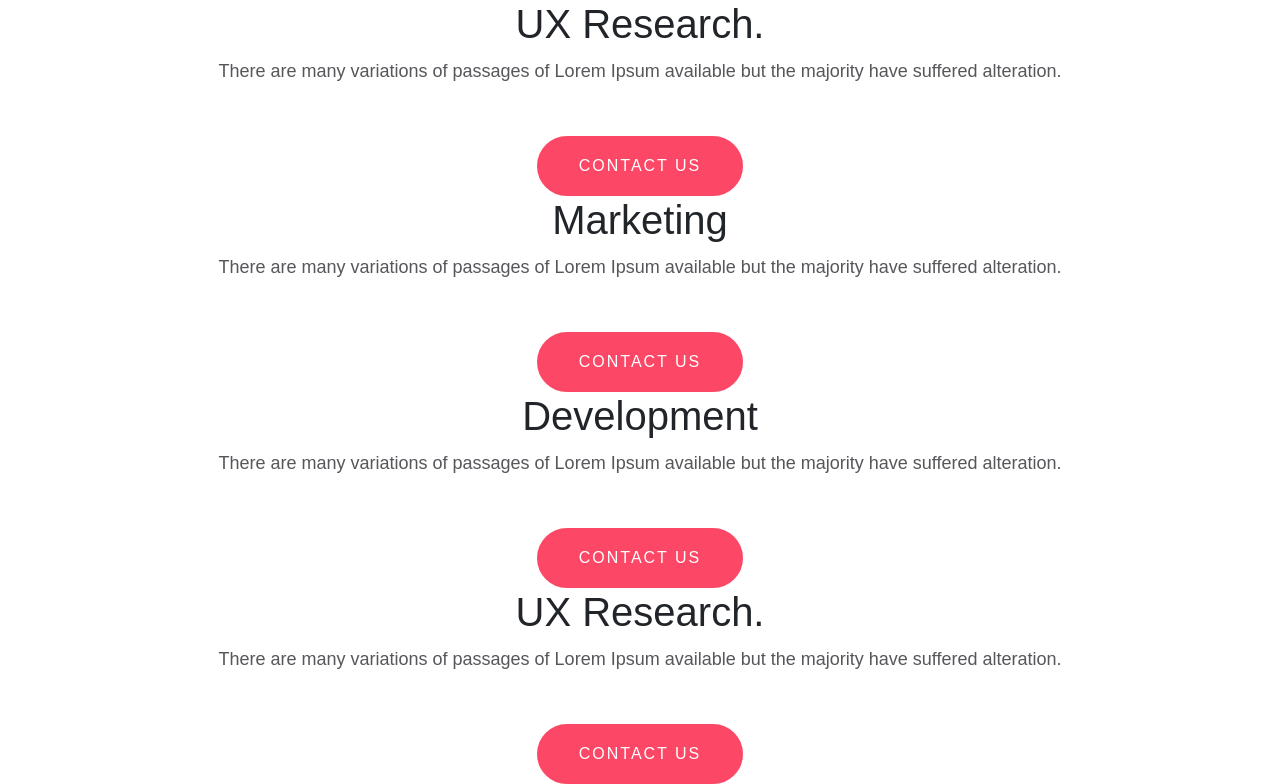
Repository: minhtrivu6199/imroz
Page: text.html
An editor plug-in stored every save of this project. The page is shown before and after the next save, followed by the edit.
The browser window is 1280 px wide. The pictures show the whole page.

Above is the page before, as saved 2022-09-19 18:32:05.
Console error: SyntaxError: Function statements require a function name

### text.html
<!doctype html>
<html lang="en">

<head>
  <title>Title</title>
  <!-- Required meta tags -->
  <meta charset="utf-8">
  <meta name="viewport" content="width=device-width, initial-scale=1, shrink-to-fit=no">

  <!-- Bootstrap CSS v5.2.0-beta1 -->
  <link rel="stylesheet" href="https://cdn.jsdelivr.net/npm/bootstrap@5.2.0/dist/css/bootstrap.min.css"
    integrity="sha384-gH2yIJqKdNHPEq0n4Mqa/HGKIhSkIHeL5AyhkYV8i59U5AR6csBvApHHNl/vI1Bx" crossorigin="anonymous">

    <!-- Slick Carousel -->
    <link
      rel="stylesheet"
      type="text/css"
      href="//cdn.jsdelivr.net/npm/slick-carousel@1.8.1/slick/slick.css"
    />

    <link
      rel="stylesheet"
      type="text/css"
      href="//cdn.jsdelivr.net/npm/slick-carousel@1.8.1/slick/slick-theme.css"
    />

    <link rel="stylesheet" href="./css/style.css">

</head>

<body>
    <div class="slider-wrapper color-white">
        <div class="slider-activation slider-digital-agency">
          <div
            class="rn-slick-dot dot-light rn-slick-activation"
            data-slick-options='{
                "slidesToShow": 1,
                "slidesToScroll": 1,
                "arrows": true,
                "fade": true,
                "infinite": true,
                "easing": "fade",
                "infinite": true,
                "adaptiveHeight": true,
                "dots": true
            }'
          >
            <!-- Start Single Slider  -->
            <div class="single-hero-banner">
              <div
                class="slide slide-style-2 fullscreen d-flex align-items-center justify-content-center bg_image bg_image--22"
                data-black-overlay="2"
              >
                <div class="container">
                  <div class="row">
                    <!-- Slider Content -->
                    <div class="col-lg-12">
                      <div class="inner text-center">
                        <h1 class="title">UX Research.</h1>
                        <p class="description">
                          There are many variations of passages of Lorem Ipsum
                          available but the majority have suffered alteration.
                        </p>
                        <div class="slide-btn">
                          <a class="btn-default" href=""
                            >Contact Us</a
                          >
                        </div>
                      </div>
                    </div>
                    <!-- Slider Content End -->
                  </div>
                </div>
              </div>
            </div>
            <!-- End Single Slider  -->
            <!-- Start Single Slider  -->
            <div class="single-hero-banner">
              <div
                class="slide slide-style-2 fullscreen d-flex align-items-center justify-content-center bg_image bg_image--23"
                data-black-overlay="2"
                tabindex="-1"
                style="width: 100%; display: inline-block"
              >
                <div class="container">
                  <div class="row">
                    <!-- Slider Content -->
                    <div class="col-lg-12">
                      <div class="inner text-center">
                        <h1 class="title">Marketing</h1>
                        <p class="description">
                          There are many variations of passages of Lorem Ipsum
                          available but the majority have suffered alteration.
                        </p>
                        <div class="slide-btn">
                          <a class="btn-default" href=""
                            >Contact Us</a
                          >
                        </div>
                      </div>
                    </div>
                    <!-- Slider Content End -->
                  </div>
                </div>
              </div>
            </div>
            <!-- End Single Slider  -->
            <!-- Start Single Slider  -->
            <div class="single-hero-banner">
              <div
                class="slide slide-style-2 fullscreen d-flex align-items-center justify-content-center bg_image bg_image--24"
                data-black-overlay="2"
                tabindex="-1"
                style="width: 100%; display: inline-block"
              >
                <div class="container">
                  <div class="row">
                    <!-- Slider Content -->
                    <div class="col-lg-12">
                      <div class="inner text-center">
                        <h1 class="title">Development</h1>
                        <p class="description">
                          There are many variations of passages of Lorem Ipsum
                          available but the majority have suffered alteration.
                        </p>
                        <div class="slide-btn">
                          <a class="btn-default" href="contact.html"
                            >Contact Us</a
                          >
                        </div>
                      </div>
                    </div>
                    <!-- Slider Content End -->
                  </div>
                </div>
              </div>
            </div>

            <div class="single-hero-banner">
              <div
                class="slide slide-style-2 fullscreen d-flex align-items-center justify-content-center bg_image bg_image--20"
                data-black-overlay="2"
                tabindex="-1"
                style="width: 100%; display: inline-block"
              >
                <div class="container">
                  <div class="row">
                    <!-- Slider Content -->
                    <div class="col-lg-12">
                      <div class="inner text-center">
                        <h1 class="title">UX Research.</h1>
                        <p class="description">
                          There are many variations of passages of Lorem Ipsum
                          available but the majority have suffered alteration.
                        </p>
                        <div class="slide-btn">
                          <a class="btn-default" href="contact.html"
                            >Contact Us</a
                          >
                        </div>
                      </div>
                    </div>
                    <!-- Slider Content End -->
                  </div>
                </div>
              </div>
            </div>
            <!-- End Single Slider  -->
          </div>
        </div>
      </div>


      <!-- Jquery -->
    <script
    src="https://cdnjs.cloudflare.com/ajax/libs/jquery/3.6.0/jquery.min.js"
    integrity="sha512-894YE6QWD5I59HgZOGReFYm4dnWc1Qt5NtvYSaNcOP+u1T9qYdvdihz0PPSiiqn/+/3e7Jo4EaG7TubfWGUrMQ=="
    crossorigin="anonymous"
    referrerpolicy="no-referrer"
  ></script>

  <!-- Slickjs -->
  <script
  type="text/javascript"
  src="//cdn.jsdelivr.net/npm/slick-carousel@1.8.1/slick/slick.min.js"
></script>

  <!-- Bootstrap JavaScript Libraries -->
  <script src="https://cdn.jsdelivr.net/npm/@popperjs/core@2.11.5/dist/umd/popper.min.js"
    integrity="sha384-Xe+8cL9oJa6tN/veChSP7q+mnSPaj5Bcu9mPX5F5xIGE0DVittaqT5lorf0EI7Vk" crossorigin="anonymous">
  </script>

  <script src="https://cdn.jsdelivr.net/npm/bootstrap@5.2.0/dist/js/bootstrap.min.js"
    integrity="sha384-ODmDIVzN+pFdexxHEHFBQH3/9/vQ9uori45z4JjnFsRydbmQbmL5t1tQ0culUzyK" crossorigin="anonymous">
  </script>
  <script src="./js/main.js"></script>
</body>

</html>

### css/style.css
* {
    padding: 0;
    margin: 0;
    box-sizing: border-box;
}

html, body {
    font-family: 'Poppins', sans-serif;
}

a {
    text-decoration: none;
}

li {
    list-style: none;
}


img {
    max-width: 100%;
}

span.subtitle {
    font-weight: 600;
    letter-spacing: 0.5px;
    line-height: 18px;
    font-size: 16px;
    border-radius: 4px;
    margin-bottom: 12px;
    background: linear-gradient(120deg, #1C99FE 20.69%, #7644FF 50.19%, #fd4766 79.69%);
    display: inline-block;
    background-clip: text;
    -webkit-background-clip: text;
    color: transparent;
}

h2.title {
    font-size: 50px;
    font-weight: 600;
    line-height: 62px;
    margin-bottom: 20px;
}

a.btn-default,button.btn-default {
    color: #fff;
    font-size: 16px;
    text-transform: uppercase;
    letter-spacing: 2px;
    padding: 16px 40px;
    border-radius: 500px;
    display: inline-block;
    font-weight: 500;
    transition: all 0.4s ease-in-out;
    background-size: 152% 100%;
    background: #fd4766;
    border: 2px solid #fd4766;
}

a.btn-default:hover,button.btn-default:hover {
    transition: all 0.4s ease-in-out;
    background: transparent;
    border-color: #FD4766;
    color: #FD4766;
}

a.btn-default.btn-border,
button.btn-default.btn-border {
  background-color: transparent;
  border: 2px solid #fd4766;
  color: #fd4766;
}

a.btn-default.btn-border:hover,
button.btn-default.btn-border:hover {
  color: #fff;
  border-color: #fd4766;
  background-color: #fd4766;
}

a.btn-default.btn-border.btn-opacity,
button.btn-default.btn-border.btn-opacity  {
    border: 2px solid hsla(0,0%,100%,.2);
    color: #fff;
}

/* -----------------------HEADER--------------------------- */

.header {
    position: absolute;
    z-index: 2;
    width: 100%;
}

.header .container-fluid {
    margin-top: 20px;
}

.header .header-right {
    display: flex;
    align-items: center;
    flex-wrap: wrap;
}

.header .header-left .logo img {
    max-height: 60px;
    margin-left: 40px;
}

.header .header-right .menu {
    flex-wrap: wrap;
}

.header .header-right .menu li {
    margin: 0px 15px;
    font-weight: 500;
    font-size: 16px;
}

.dropdown:hover .dropdown-menu {
    display: block !important;
}

.dropdown-menu li:hover > a{
    background: rgba(249, 0, 77, 0.07);
    color:#FD4766;
}

.nav-item:hover a.nav-link {
    color: #fd4766 !important;
}


/* --------------CAROUSEL-------------- */

.myCarousel .carousel-item {
    height:100vh;
}
.myCarousel .carousel-caption {
    top:50%;
    left:50%;
    transform:translate(-50%,-50%);
    position: relative;
}
.myCarousel .carousel-caption h1 {
    font-size:100px;
    color: #fff;
    font-weight: 900;
}
.myCarousel .carousel-caption p {
    font-size:24px;
    font-weight: 300;
    line-height: 40px;
    padding: 0 16%;
    color: #fff;
}

.slide-btn {
    margin-top: 50px;
}


.myCarousel .carousel-indicators button {
    width:6px;
    height:6px;
    border-radius:50%;
    border:none;
    margin-left: 11px;
}
.myCarousel .carousel-indicators button.active {
    transform: scale(2);
    box-shadow: inset 0 0 0 1px #fd4766;
    background-color: transparent !important;
}
.carousel-indicators {
    bottom:10%;
}
.carousel-item {
    background-position:center center;
    background-repeat:no-repeat;
    background-size:cover;
}
.carousel-item:nth-child(1) {
    background-image:url(../img/bg-image-22.jpg)
}
.carousel-item:nth-child(2) {
    background-image:url(../img/bg-image-23.jpg)
}
.carousel-item:nth-child(3) {
    background-image:url(../img/bg-image-24.jpg)
}
.carousel-item:nth-child(4) {
    background-image:url(../img/bg-image-20.jpg)
}

button.slick-arrow {
    width: 68px;
    height: 68px;
    border: 2px solid rgba(255, 255, 255, 0.2);
    border-radius: 100%;
    top: 50%;
    z-index: 2;
    margin: 0 70px;
    transition: 0.5s;
}

button.slick-arrow:hover {
    transition: all 0.4s ease-in-out;
    background: #FD4766;
    border-color: #FD4766;
}


button.carousel-control-prev:hover, button.carousel-control-prev:focus {
    transform: translateX(-20px);
}

button.carousel-control-next:hover, button.carousel-control-next:focus {
    transform: translateX(20px);
}


/* -----------------SERVICES--------------------------- */

.services {
    padding-top: 100px;
}


p.description {
    font-size: 18px;
    line-height: 30px;
    color: rgba(29,29,36,.75);
}

.row > [class*=col] {
    padding-left: 15px;
    padding-right: 15px;
}

.services .service-item {
    padding: 50px;
    border-radius: 10px;
    margin-top: 30px;
    position: relative;
    transition: transform 0.65s cubic-bezier(0.05, 0.2, 0.1, 1), box-shadow 0.65s cubic-bezier(0.05, 0.2, 0.1, 1);
}

.services .service-item .icon {
    justify-content: left;
    font-size: 45px;
    font-weight: 400;
    margin-bottom: 23px;
    color: #fd4766;
    text-align: center;
    border-radius: 100%;
    display: flex;
}

.services .service-item .content h3.title {
    margin-bottom: 19px;
    font-weight: 600;
    font-size: 20px;
    color: #000;
}

.services .service-item .content p {
    color: rgba(29,29,36,.75);
    font-size: 18px;
    line-height: 1.67;
}

.services .text-center .service-item:hover {
    box-shadow: 0px 2px 70px 0px rgba(253, 71, 102, 0.05);
    transform: translateY(-5px);
}

.services-product > [class*=col]:nth-child(2) .service-item .icon {
    color: #337dff;
}

.services-product > [class*=col]:nth-child(3) .service-item .icon {
    color: #12d8df;
}

.services-product > [class*=col]:nth-child(4) .service-item .icon {
    color: #59C98D;
}

.services-product > [class*=col]:nth-child(5) .service-item .icon {
    color: #6F41F6;
}

.services-product > [class*=col]:nth-child(6) .service-item .icon {
    color: #357FF6;
}

/* ------------------PROJECT----------------- */

.project {
    padding: 120px 0;
    background-image: url(../img/bg-image-3.jpg);
    background-repeat: no-repeat;
    background-size: cover;
    background-position: center center;
}

.project .project-item {
    position: relative;
    z-index: 2;
    overflow: hidden;
    border-radius: 10px;
    transition: transform 0.65s cubic-bezier(0.05, 0.2, 0.1, 1), box-shadow 0.65s cubic-bezier(0.05, 0.2, 0.1, 1);
    margin-top: 40px;
}

.project-item::before {
    content: "";
    position: absolute;
    bottom: 0;
    left: 0;
    width: 100%;
    height: 85%;
    display: block;
    z-index: 1;
    background: linear-gradient(to bottom, rgba(15, 15, 15, 0), rgba(15, 15, 15, 0.75) 100%);
    transition: opacity 0.65s cubic-bezier(0.05, 0.2, 0.1, 1);
    cursor: pointer;
}

.project-item::after {
    content: "";
    position: absolute;
    bottom: 0;
    left: 0;
    width: 100%;
    height: 85%;
    display: block;
    z-index: 1;
    background: linear-gradient(to bottom, rgba(0, 0, 0, 0), #fd4766 100%);
    transition: opacity 0.65s cubic-bezier(0.05, 0.2, 0.1, 1);
    cursor: pointer;
    opacity: 0;
}

.project-item:hover {
    transform: translateY(-10px);
    box-shadow: 0 25px 55px rgba(253, 71, 102, 0.22);
}

.project-item:hover::before {
    opacity: 0;
}

.project-item:hover::after {
    opacity: 1;
}

.project-item:hover .thumbnail a img {
    transform: scale(1.1);
    transition: all 9s cubic-bezier(0.1, 0.2, 7, 1);
}

.project-item:hover .content .inner .project-heading {
    transform: translateY(-62px);
    transition: transform 0.65s cubic-bezier(0.05, 0.2, 0.1, 1), box-shadow 0.65s cubic-bezier(0.05, 0.2, 0.1, 1);
}

.project-item:hover .content .inner .project-hover {
    transform: translateY(0);
    opacity: 1;
    transition: transform 0.65s cubic-bezier(0.05, 0.2, 0.1, 1), box-shadow 0.65s cubic-bezier(0.05, 0.2, 0.1, 1);
}

.project-item .thumbnail a img {
    transition: transform 1s ease, opacity 0.5s ease 0.25s;
    border-radius: 10px;
    width: 100%;
}

.project-item .content .inner {
    position: absolute;
    bottom: 0;
    left: 50%;
    padding: 30px 30px;
    z-index: 2;
    width: 100%;
    transform: translateX(-50%);
}

.project-item .content .inner .project-heading {
    transition: transform 0.65s cubic-bezier(0.05, 0.2, 0.1, 1), opacity 0.65s cubic-bezier(0.05, 0.2, 0.1, 1);
}

.project-item .content .inner .project-heading .category-list {
    margin: -5px;
    margin-bottom: 5px;
}

.project-item .content .inner .project-heading .category-list a {
    color: #ffffff;
    opacity: 0.7;
    display: inline-block;
    margin: 5px;
    font-size: 16px;
    font-weight: 300;
    letter-spacing: 0.5px;
}

.project-item .content .inner .project-heading h4.title a{
    color: #fff;
    font-size: 30px;
    font-weight: 600;
}

.project-item .content .inner .project-hover {
    opacity: 0;
    position: absolute;
    bottom: 35px;
    margin-top: 10px;
    transform: translateY(20px);
    line-height: 18px;
    max-width: 80%;
    transition: transform 0.18s cubic-bezier(0.05, 0.2, 0.1, 1), opacity 0.18s cubic-bezier(0.05, 0.2, 0.1, 1);
    height: 62px;
    text-overflow: ellipsis;
    overflow: hidden;
}

.project-item .content .inner .project-hover p {
    color: #fff;
    opacity: .7;
}

.transparent-link {
    position: absolute;
    top: 0;
    left: 0;
    width: 100%;
    height: 100%;
    z-index: 2;
}


/* ---------------------ABOUT---------------------- */

.about-wrapper .thumbnail {
    position: relative;
    z-index: 2;
}

.about-wrapper .thumbnail img {
    border-radius: 8px;
}

### js/main.js
(function (window, document, $, undefined) {
slickActivation: function () {
	function slickactivation() {
		// Check if element exists
		$.fn.elExists = function () {
			return this.length > 0;
		};
		// Variables
		var $html = $('html'),
			$elementCarousel = $('.rn-slick-activation');
		if ($elementCarousel.elExists()) {
			var slickInstances = [];
			$elementCarousel.each(function (index, element) {
				var $this = $(this);
				// Carousel Options
				var $options = typeof $this.data('slick-options') !== 'undefined' ? $this.data('slick-options') : '';
				var $spaceBetween = $options.spaceBetween ? parseInt($options.spaceBetween) : 0,
					$spaceBetween_xl = $options.spaceBetween_xl ? parseInt($options.spaceBetween_xl) : 0,
					$isCustomArrow = $options.isCustomArrow ? $options.isCustomArrow : false,
					$customPrev = $isCustomArrow === true ? ($options.customPrev ? $options.customPrev : '') : '',
					$customNext = $isCustomArrow === true ? ($options.customNext ? $options.customNext : '') : '',
					$vertical = $options.vertical ? $options.vertical : false,
					$focusOnSelect = $options.focusOnSelect ? $options.focusOnSelect : false,
					$asNavFor = $options.asNavFor ? $options.asNavFor : '',
					$fade = $options.fade ? $options.fade : false,
					$autoplay = $options.autoplay ? $options.autoplay : false,
					$autoplaySpeed = $options.autoplaySpeed ? $options.autoplaySpeed : 5000,
					$swipe = $options.swipe ? $options.swipe : false,
					$adaptiveHeight = $options.adaptiveHeight ? $options.adaptiveHeight : false,

					$arrows = $options.arrows ? $options.arrows : false,
					$dots = $options.dots ? $options.dots : false,
					$infinite = $options.infinite ? $options.infinite : false,
					$centerMode = $options.centerMode ? $options.centerMode : false,
					$centerPadding = $options.centerPadding ? $options.centerPadding : '',
					$speed = $options.speed ? parseInt($options.speed) : 1000,
					$prevArrow = $arrows === true ? ($options.prevArrow ? '<span class="' + $options.prevArrow.buttonClass + '"><i class="' + $options.prevArrow.iconClass + '"></i></span>' : '<button class="slick-prev">previous</span>') : '',
					$nextArrow = $arrows === true ? ($options.nextArrow ? '<span class="' + $options.nextArrow.buttonClass + '"><i class="' + $options.nextArrow.iconClass + '"></i></span>' : '<button class="slick-next">next</span>') : '',
					$slidesToShow = $options.slidesToShow ? parseInt($options.slidesToShow, 10) : 1,
					$slidesToScroll = $options.slidesToScroll ? parseInt($options.slidesToScroll, 10) : 1;

				/*Responsive Variable, Array & Loops*/
				var $responsiveSetting = typeof $this.data('slick-responsive') !== 'undefined' ? $this.data('slick-responsive') : '',
					$responsiveSettingLength = $responsiveSetting.length,
					$responsiveArray = [];
				for (var i = 0; i < $responsiveSettingLength; i++) {
					$responsiveArray[i] = $responsiveSetting[i];

				}

				// Adding Class to instances
				$this.addClass('slick-carousel-' + index);
				$this.parent().find('.slick-dots').addClass('dots-' + index);
				$this.parent().find('.slick-btn').addClass('btn-' + index);

				if ($spaceBetween != 0) {
					$this.addClass('slick-gutter-' + $spaceBetween);
				}
				if ($spaceBetween_xl != 0) {
					$this.addClass('slick-gutter-xl-' + $spaceBetween_xl);
				}
				$this.slick({
					slidesToShow: $slidesToShow,
					slidesToScroll: $slidesToScroll,
					asNavFor: $asNavFor,
					autoplay: $autoplay,
					autoplaySpeed: $autoplaySpeed,
					speed: $speed,
					infinite: $infinite,
					arrows: $arrows,
					dots: $dots,
					vertical: $vertical,
					focusOnSelect: $focusOnSelect,
					centerMode: $centerMode,
					centerPadding: $centerPadding,
					fade: $fade,
					adaptiveHeight: $adaptiveHeight,
					prevArrow: $prevArrow,
					nextArrow: $nextArrow,
					responsive: $responsiveArray,
				});

				if ($isCustomArrow === true) {
					$($customPrev).on('click', function () {
						$this.slick('slickPrev');
					});
					$($customNext).on('click', function () {
						$this.slick('slickNext');
					});
				}
			});

			// Updating the sliders in tab
			$('a[data-toggle="tab"]').on('shown.bs.tab', function (e) {
				$elementCarousel.slick('setPosition');
			});
		}
	}
	slickactivation()
};
})(window, document, jQuery)

After the next save:
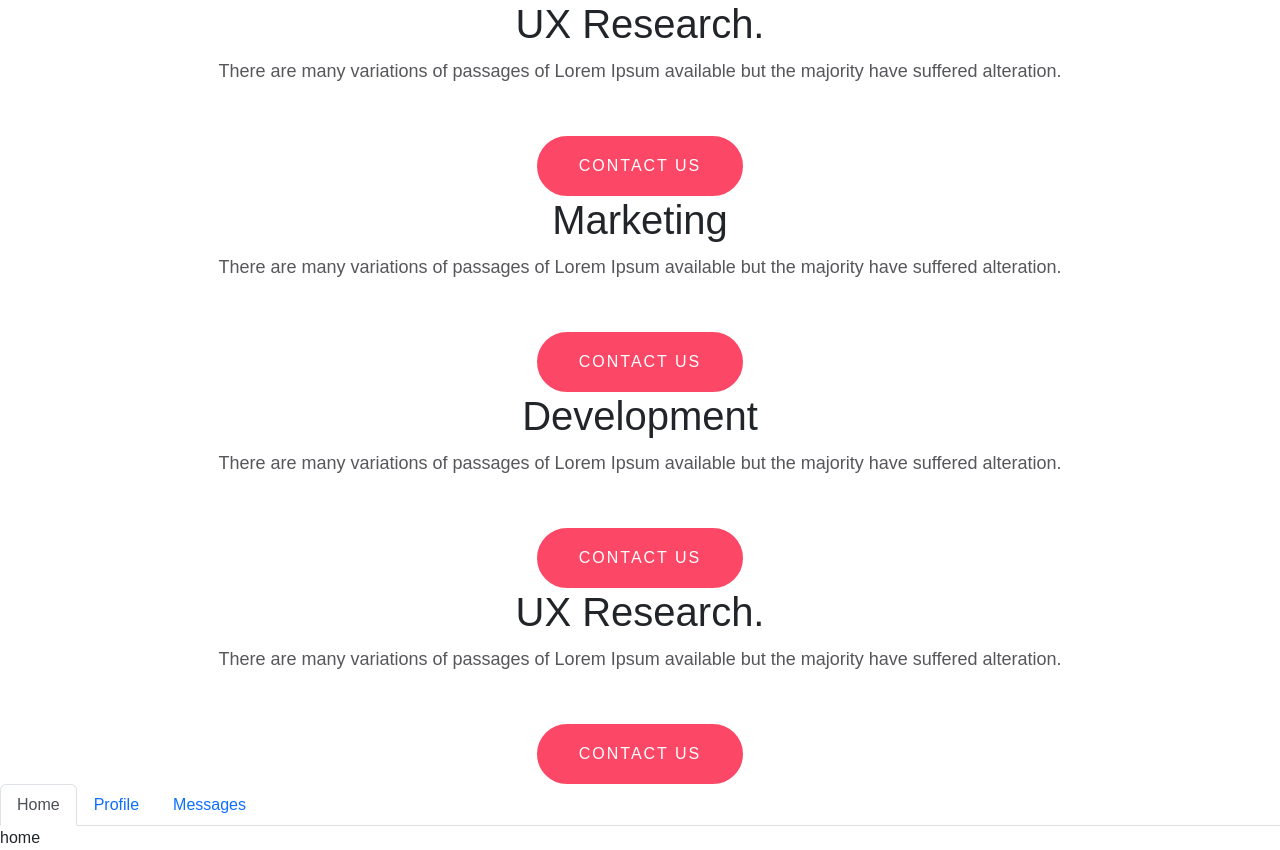
Saved 105 s later.
--- a/text.html
+++ b/text.html
@@ -170,6 +170,25 @@
         </div>
       </div>
 
+      <!-- Nav tabs -->
+      <ul class="nav nav-tabs" id="myTab" role="tablist">
+        <li class="nav-item" role="presentation">
+          <button class="nav-link active" id="home-tab" data-bs-toggle="tab" data-bs-target="#home" type="button" role="tab" aria-controls="home" aria-selected="true">Home</button>
+        </li>
+        <li class="nav-item" role="presentation">
+          <button class="nav-link" id="profile-tab" data-bs-toggle="tab" data-bs-target="#profile" type="button" role="tab" aria-controls="profile" aria-selected="false">Profile</button>
+        </li>
+        <li class="nav-item" role="presentation">
+          <button class="nav-link" id="messages-tab" data-bs-toggle="tab" data-bs-target="#messages" type="button" role="tab" aria-controls="messages" aria-selected="false">Messages</button>
+        </li>
+      </ul>
+
+      <!-- Tab panes -->
+      <div class="tab-content">
+        <div class="tab-pane active" id="home" role="tabpanel" aria-labelledby="home-tab"> home </div>
+        <div class="tab-pane" id="profile" role="tabpanel" aria-labelledby="profile-tab"> profile </div>
+        <div class="tab-pane" id="messages" role="tabpanel" aria-labelledby="messages-tab"> messages </div>
+      </div>
 
       <!-- Jquery -->
     <script
